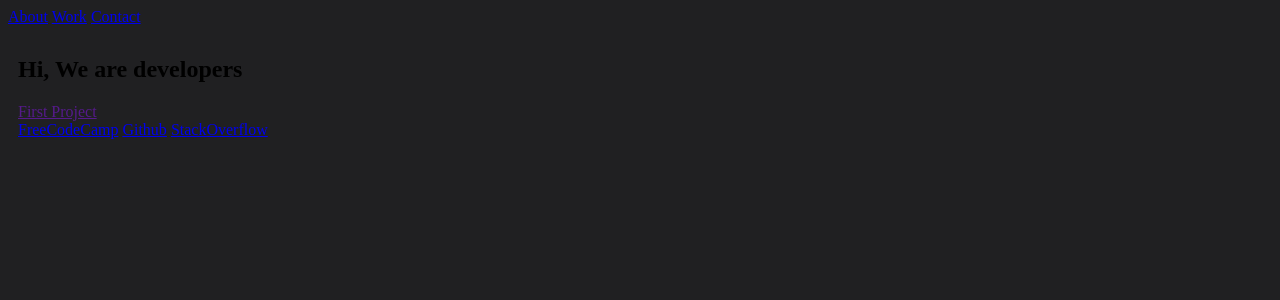
Repository: justicebhekani88/microverse_portfolio_project
Page: index.html
The author's editor kept a copy of each file at every save. The page is drawn from the files as they stood at one save, then again after the next save.
The browser window is 1280 px wide. The pictures show the whole page.

Above is the page before, as saved 2022-07-21 14:39:14.

### index.html
<!DOCTYPE html>
<html lang="en">

<head>
    <meta charset="UTF-8">
    <meta http-equiv="X-UA-Compatible" content="IE=edge">
    <meta name="viewport" content="width=device-width, initial-scale=1.0">
    <link rel="stylesheet" href="style.css">
    <title>Portfolio Project</title>

    <style>
        @media only screen and (min-width: 600px) {
            #main {
                padding: 10px;
            }
        }
    </style>
</head>

<body>
    <nav id="navbar">
        <a href="#about">About</a>
        <a href="#projects">Work</a>
        <a href="#contact">Contact</a>
    </nav>
    <div id="main">
        <section id="welcome-section">
            <h1>Hi, We are developers</h1>
        </section>
        <section id="projects">
            <div class="project-tile"></div>
            <a href="">
                First Project
            </a>
        </section>
        <section>
            <a href="#" id="profile-link" target="_blank">FreeCodeCamp</a>
            <a href="#" id="profile-link" target="_blank">Github</a>
            <a href="#" id="profile-link" target="_blank">StackOverflow</a>
        </section>
    </div>

</body>

</html>

### style.css
body {
    background-color: #202022;
}

nav {
    color: white;
}

After the next save:
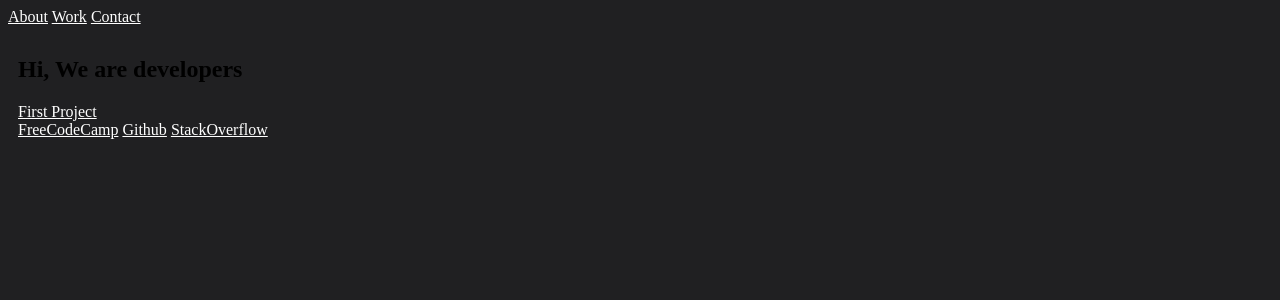
Saved 10 s later.
--- a/style.css
+++ b/style.css
@@ -2,6 +2,6 @@
     background-color: #202022;
 }
 
-nav {
+nav, a {
     color: white;
 }

After the save that followed:
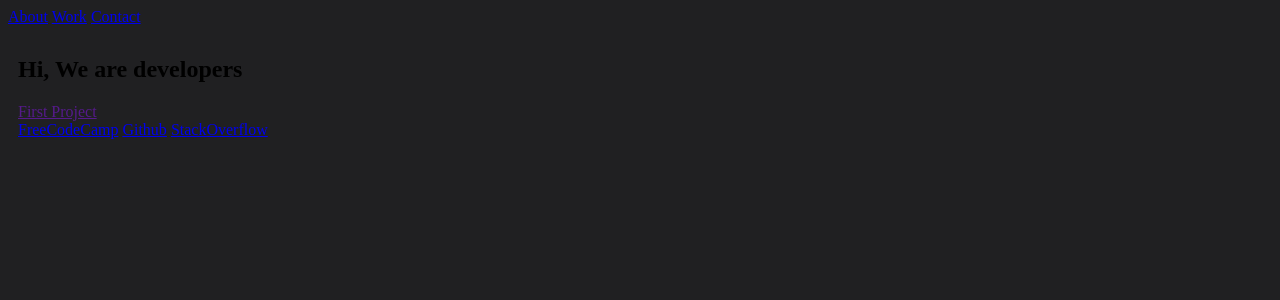
Saved 16 s later.
--- a/style.css
+++ b/style.css
@@ -2,6 +2,6 @@
     background-color: #202022;
 }
 
-nav, a {
+#navbar {
     color: white;
 }
